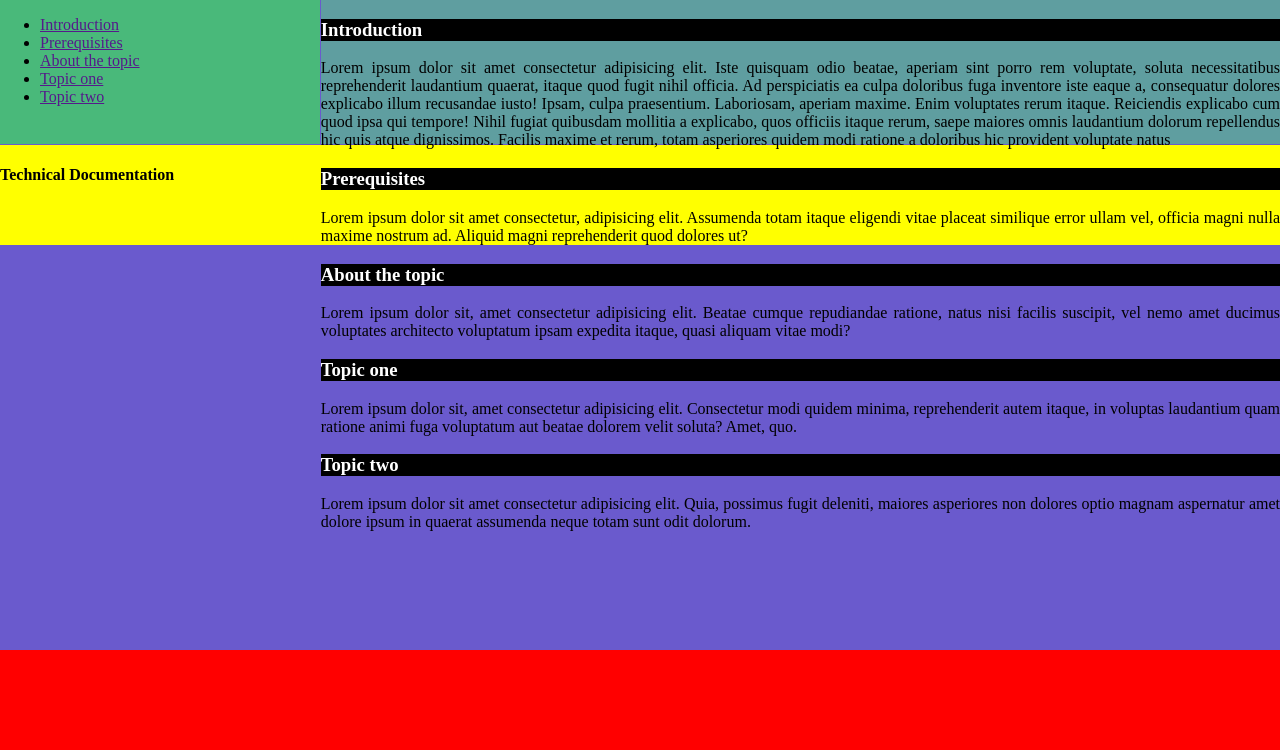
Repository: JoaoLemesDEV/Excercise-Tech-Documentation-Page
Page: index.html
These files come from the project's save history. The page is drawn as it stood at one moment and after the next save; the edit follows.
The browser window is 1280 px wide. The pictures show the whole page.

Above is the page before, as saved 2021-10-03 21:47:56.

After the next save:
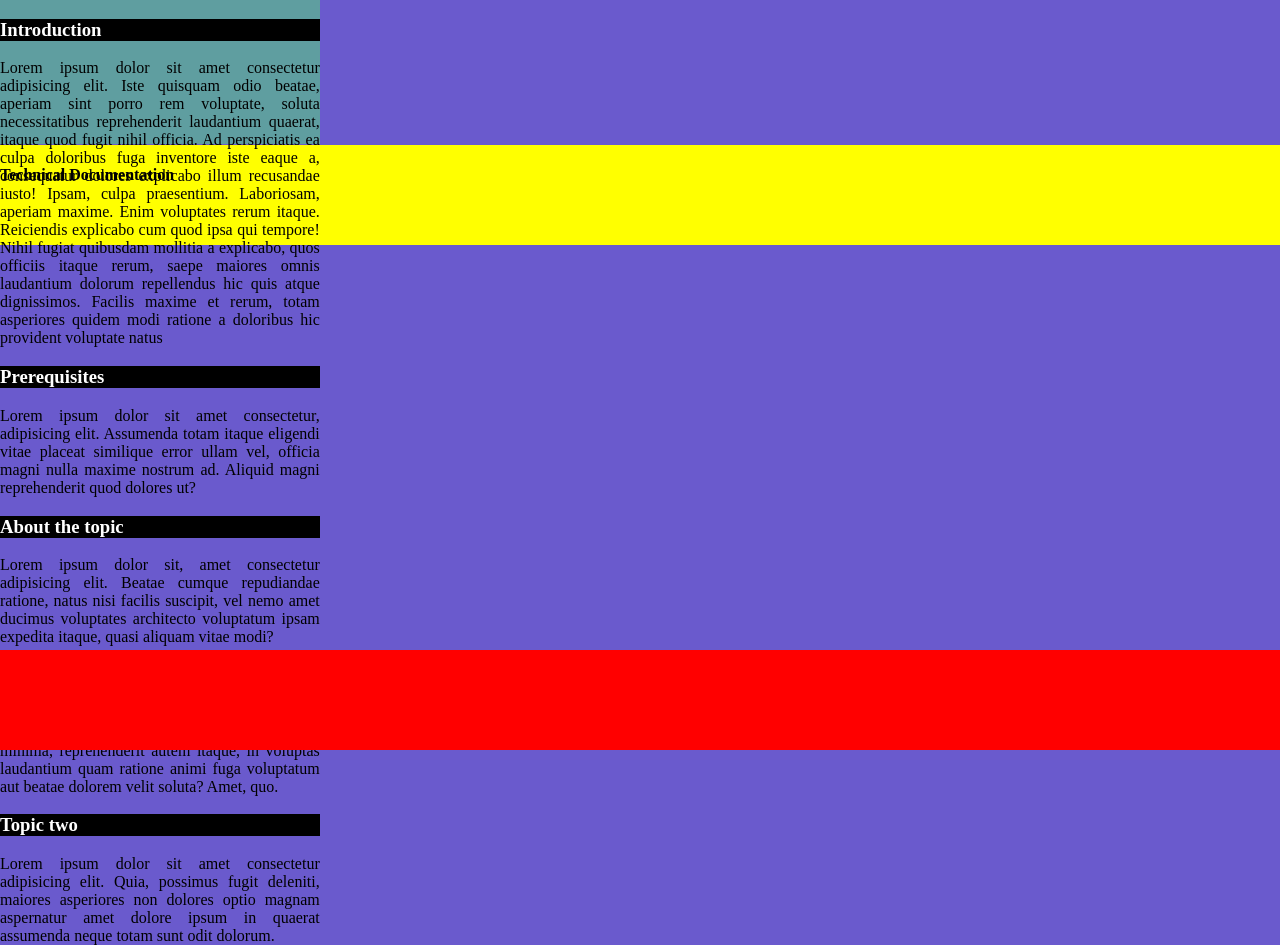
Saved 3 min 37 s later.
--- a/index.html
+++ b/index.html
@@ -10,17 +10,7 @@
   <body>
     <div class="wrapper">
       <header><h4>Technical Documentation</h4></header>
-      <aside>
-        <nav>
-          <ul>
-            <li><a href="">Introduction</a></li>
-            <li><a href="">Prerequisites</a></li>
-            <li><a href="">About the topic</a></li>
-            <li><a href="">Topic one</a></li>
-            <li><a href="">Topic two</a></li>
-          </ul>
-        </nav>
-      </aside>
+
       <main>
         <section id="introduction">
           <h3 style="background: black; color: white">Introduction</h3>

After the save that followed:
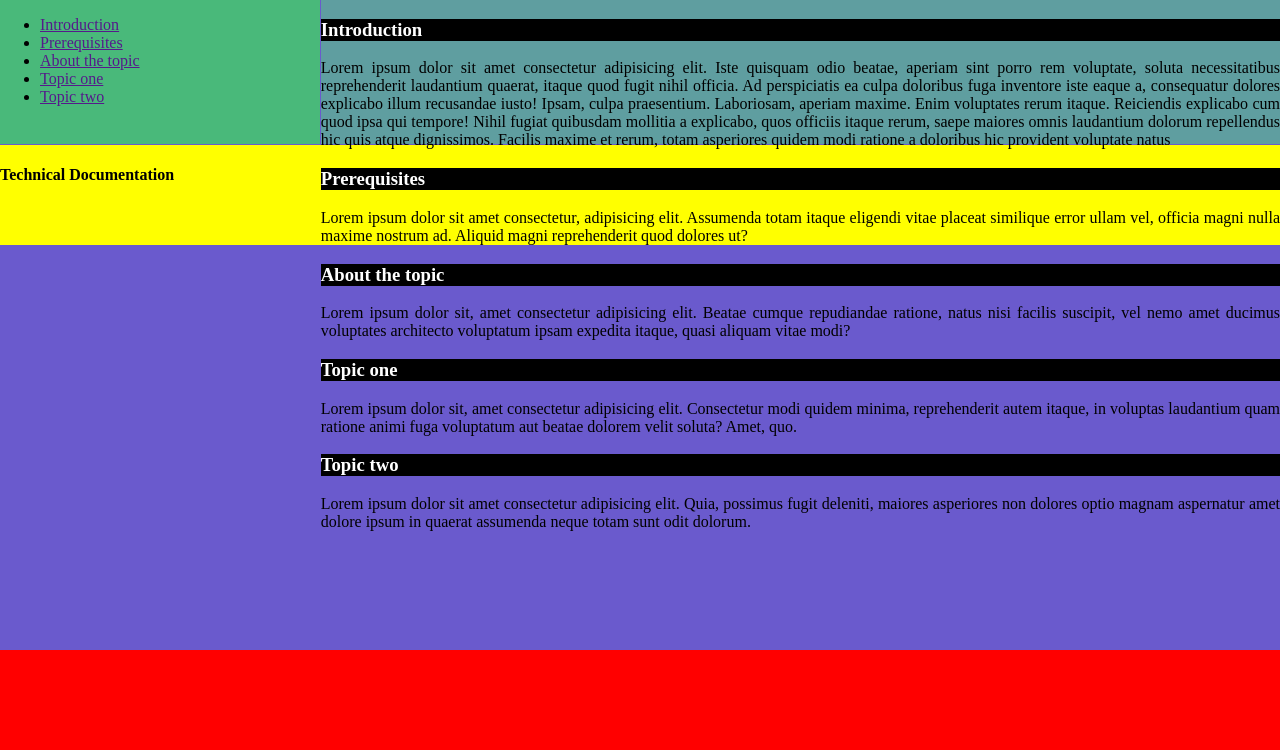
Saved 8 s later.
--- a/index.html
+++ b/index.html
@@ -10,7 +10,17 @@
   <body>
     <div class="wrapper">
       <header><h4>Technical Documentation</h4></header>
-
+      <aside>
+        <nav>
+          <ul>
+            <li><a href="">Introduction</a></li>
+            <li><a href="">Prerequisites</a></li>
+            <li><a href="">About the topic</a></li>
+            <li><a href="">Topic one</a></li>
+            <li><a href="">Topic two</a></li>
+          </ul>
+        </nav>
+      </aside>
       <main>
         <section id="introduction">
           <h3 style="background: black; color: white">Introduction</h3>
